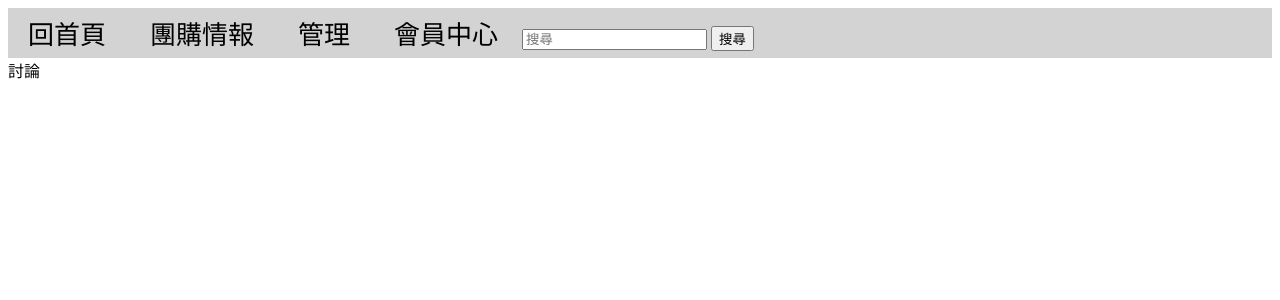
Repository: irlmpbfhvf2009/2021-09-17-Pro2-MVC
Page: http://localhost/Groupon/Intelligence-product.jsp
An editor plug-in stored every save of this project. The page is shown before and after the next save, followed by the edit.
The browser window is 1280 px wide. The pictures show the whole page.
The page is served by Tomcat 9. Other server files are loaded and not shown. Queries for data that is not in the repository find no rows.

Above is the page before, as saved 2021-09-15 14:01:34.

### Groupon/src/main/webapp/Intelligence-product.jsp
<%@ page language="java" contentType="text/html; charset=UTF-8" pageEncoding="UTF-8"%>
<%@ taglib uri="http://java.sun.com/jsp/jstl/sql" prefix="sql" %>
<%@ taglib uri="http://java.sun.com/jsp/jstl/core" prefix="c" %>
<sql:setDataSource var="ds" dataSource="jdbc/Pro2DB" />
<% String id= request.getParameter("id");
request.getSession(true).setAttribute("id", id);%>
<sql:query sql="select * from GrouponProduct where id ='${id}'" var="rs" dataSource="${ds}" />
<!DOCTYPE html>
<html>
<head>
<meta charset="UTF-8">
<title>團購情報</title>
<link rel="stylesheet" href="style.css">
</head>
<body>
    <nav>
        <a href="Home.jsp">回首頁</a>
        <a href="Intelligence.jsp">團購情報</a>
        <a href="Manage.jsp">管理</a>
        <a href="">會員中心</a>
        <form action="./ProServlet" method="post" style="display:inline;">
        <input type="text" placeholder="搜尋" name="seach">
        <input type="submit" name="seachbtn" value="搜尋"></form>
    </nav>
 <c:forEach var="row" items="${rs.rows}">
 		<div style="width:700px;height:500px;margin:0 auto;padding:100px;margin-top:50px;border:1px solid black;">
	    <img style="width:300px;float:left;margin-right:20px;" src="data:[embedded picture, 2734 characters]">
    	<span style="font-size:30px">${row.productname}</span><br><br><br>
    	團購價<span class="newpriceShow">${row.newprice}</span>元<br>
    	(原價<span class="priceShow">${row.price}</span>元,<span class="newpriceShow">${row.discount}</span>折)<br>
    	使用日期 : ${row.date}~${row.deadline}<br><br><br><br>
    	<input type="button" value="購買"><input type="button" value="收藏">
    	</div>
    </c:forEach>
    討論
</body>
</html>

### Groupon/src/main/webapp/style.css
@charset "UTF-8";
.sgbtn {
	background-color: #4CAF50;
	border: 1px solid green;
	border-radius: 5px;
	color: white;
	text-align: center;
	display: inline-block;
	font-size: 14px;
	cursor: pointer;
	}
nav{
	background-color:lightgray;
	height:50px;
	margin:0 auto;
	padding:0 auto;
	}
nav a {color: black;
	text-decoration: none;
	display: inline-block;
	padding: 6px 20px;
	font-size: 26px;
	background-color: lightgray;
	transition: 0.5s;
	}
nav a:hover {
	background-color: gray;
	}
.divform {
	margin:0 auto;margin-top: 50px;
	padding:30px;
	border: 3px solid rgb(111, 108, 108);
    border-radius: 10px;
    border-collapse: collapse;
	width: 400px;
	}
.divlist {
	margin-left:100px;
	margin-top: 10px;
	padding: 50px;
	width: 800px;
	height: 100px;
	font-size:20px;
}

.newpriceShow{
	font-size:22px;color:red;
	}
.priceShow{
	color:red;
	font-size:20px;
	text-decoration:line-through;
	}
.bor{
	width:600px
	}
.spanText {
	font-size: 3px;
	color: silver;
}

table {
	margin: auto;
	margin-top: 50px;
}

th, td {
	border: 1px solid;
	background-color: rgb(191, 216, 206);
	text-align: center;
}

After the next save:
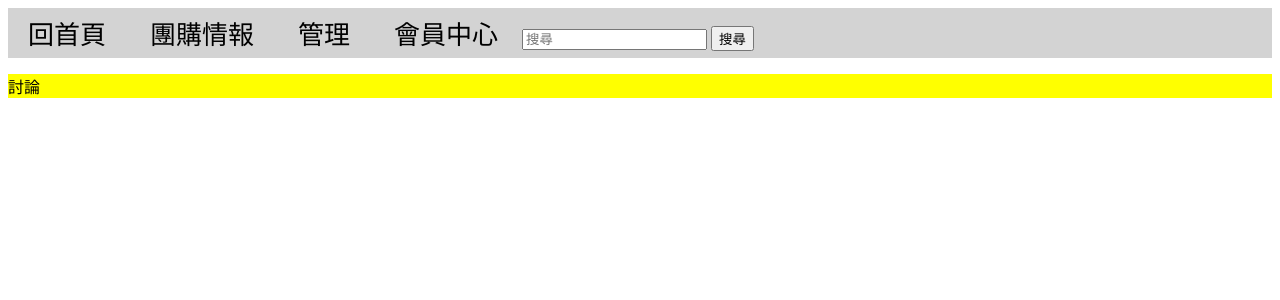
Saved 31 s later.
--- a/Groupon/src/main/webapp/Intelligence-product.jsp
+++ b/Groupon/src/main/webapp/Intelligence-product.jsp
@@ -32,6 +32,6 @@
     	<input type="button" value="購買"><input type="button" value="收藏">
     	</div>
     </c:forEach>
-    討論
+    <p style="background-color:yellow">討論</p>
 </body>
 </html>

After the save that followed:
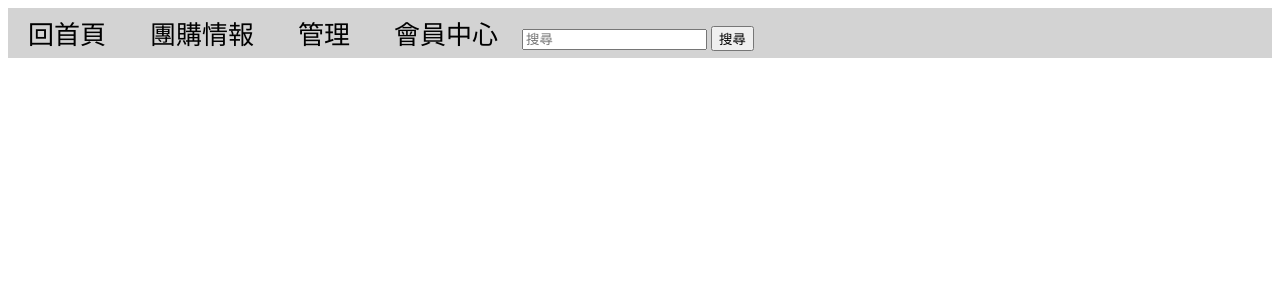
Saved 24 s later.
--- a/Groupon/src/main/webapp/Intelligence-product.jsp
+++ b/Groupon/src/main/webapp/Intelligence-product.jsp
@@ -29,9 +29,9 @@
     	團購價<span class="newpriceShow">${row.newprice}</span>元<br>
     	(原價<span class="priceShow">${row.price}</span>元,<span class="newpriceShow">${row.discount}</span>折)<br>
     	使用日期 : ${row.date}~${row.deadline}<br><br><br><br>
-    	<input type="button" value="購買"><input type="button" value="收藏">
+    	<input type="button" value="購買"><input type="button" value="收藏"><br><br>
+    <p style="background-color:yellow">討論</p>
     	</div>
     </c:forEach>
-    <p style="background-color:yellow">討論</p>
 </body>
 </html>
